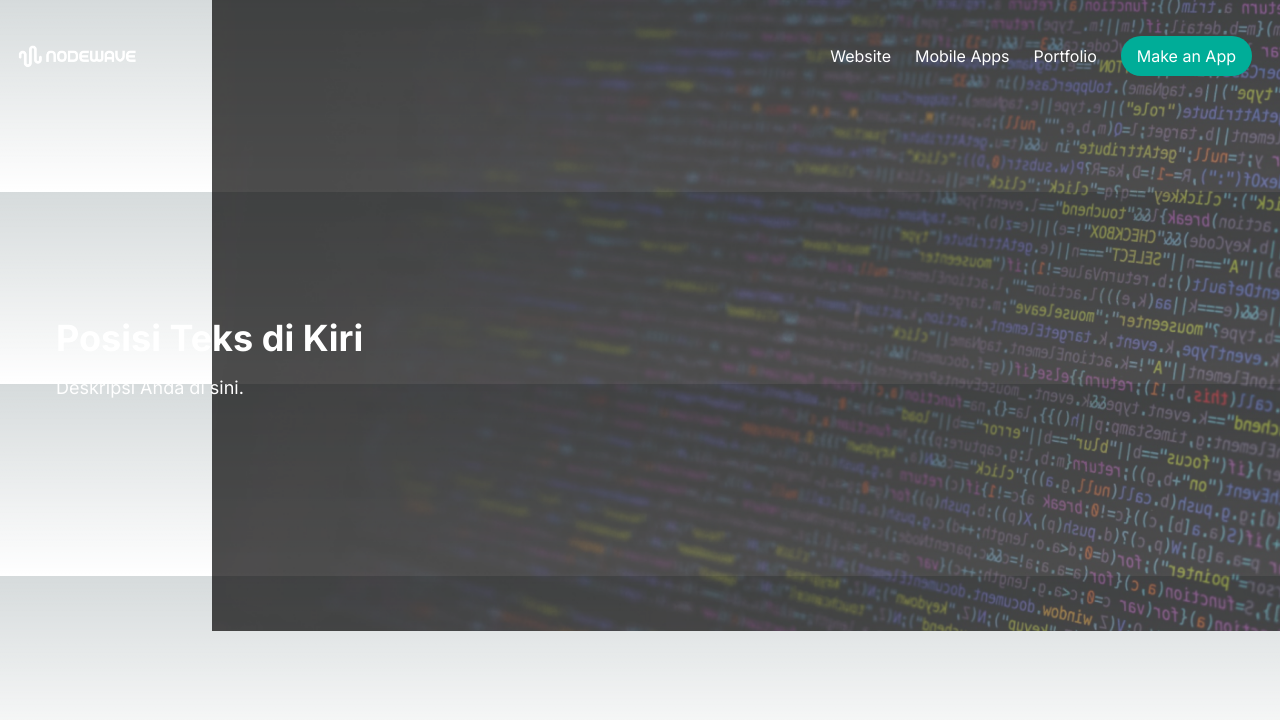
Repository: farrelmuhammad/nodewave
Page: /
These files come from the project's save history. The page is drawn as it stood at one moment and after the next save; the edit follows.
The browser window is 1280 px wide. The pictures show the whole page.
The project was rebuilt for these pictures with package versions that can differ from the ones it lists, and the page was loaded fresh each time. The framework's server and built-in components were replaced by stand-ins that run in the browser. Also part of the build but not shown: next.config.js.

Above is the page before, as saved 2023-09-08 13:35:34.

### src/app/page.js
import Hero from '@/components/Hero'
import Navbar from '@/components/Navbar'

export default function Home() {
  return (
    <>
      <Navbar />
      <Hero />
    </>
  )
}

### src/app/globals.css
@tailwind base;
@tailwind components;
@tailwind utilities;

@import url('https://fonts.googleapis.com/css2?family=Poppins:wght@300;400;500;600;700&display=swap');

:root {
  --foreground-rgb: 0, 0, 0;
  --background-start-rgb: 214, 219, 220;
  --background-end-rgb: 255, 255, 255;
  font-family: 'Poppins', sans-serif;
}

@media (prefers-color-scheme: dark) {
  :root {
    --foreground-rgb: 255, 255, 255;
    --background-start-rgb: 0, 0, 0;
    --background-end-rgb: 0, 0, 0;
  }
}

body {
  color: rgb(var(--foreground-rgb));
  background: linear-gradient(
      to bottom,
      transparent,
      rgb(var(--background-end-rgb))
    )
    rgb(var(--background-start-rgb));
}

@media only screen and (max-width: 768px) {
  .hero .hero-image,
  .hero .hero-caption {
    min-height: 90vh;
  }
  .hero .hero-cta {
    @apply w-12 h-12;
    transform: translateX(-75px) translateY(-50%);
    background-size: 37.5%;
  }
}

### src/components/Hero.jsx
import React from "react";
import Image from "next/image";

const Hero = () => {
  return (
    <main className="flex h-full items-center justify-between p-24">
      <div
        className="absolute inset-0 bg-cover bg-center max-w-screen h-full top-[-89px] left-[212px] bg-opacity-50 bg-black"
        style={{
          backgroundImage: 'url("/assets/background.png")', // Ganti dengan path gambar latar belakang Anda
        }}
      ></div>

      {/* Hero Content */}
      <div className="absolute inset-0 flex items-center justify-start px-14">
        <div className="text-white">
          <h1 className="text-4xl font-bold mb-4">Posisi Teks di Kiri</h1>
          <p className="text-lg">Deskripsi Anda di sini.</p>
        </div>
      </div>
    </main>
  );
};

export default Hero;

### src/components/Navbar.jsx
import React from "react";
import Image from "next/image";

const Navbar = () => {
  return (
    <header class="absolute w-full z-50 px-4">
      <div class="container mx-auto py-5">
        <div class="flex flex-stretch items-center">
          <div class="w-56 items-center flex">
            <Image src="/assets/Logo.png" width={226} height={100} alt="Logo" />
          </div>
          <div class="w-full"></div>
          <div class="w-auto py-4">
            <ul
              class="fixed bg-white inset-0 flex flex-col invisible items-center justify-center opacity-0 md:visible md:flex-row md:bg-transparent md:relative md:opacity-100 md:flex md:items-center"
              id="menu"
            >
              <li class="mx-3 py-6 md:py-0">
                <a href="#" class="text-black md:text-white hover:underline">
                  Website
                </a>
              </li>
              <li class="mx-3 py-6 md:py-0">
                <a
                  href="#"
                  class="text-black md:text-white hover:underline whitespace-nowrap overflow-ellipsis"
                >
                  Mobile Apps
                </a>
              </li>
              <li class="mx-3 py-6 md:py-0">
                <a href="#" class="text-black md:text-white hover:underline">
                  Portfolio
                </a>
              </li>
              <li class="mx-3 py-6 md:py-0">
                <button class="px-4 py-2 bg-[#00AD98] rounded-full">
                  <a
                    href="#"
                    class="text-black md:text-white hover:underline whitespace-nowrap overflow-ellipsis"
                  >
                    Make an App
                  </a>
                </button>
              </li>
            </ul>
          </div>
          <div class="w-auto">
            <ul class="items-center flex">
              <li class="ml-6 block md:hidden">
                <button
                  id="menu-toggler"
                  class="relative flex z-50 items-center justify-center w-8 h-8 text-black md:text-white focus:outline-none"
                >
                  <svg
                    class="fill-current"
                    width="18"
                    height="17"
                    viewBox="0 0 18 17"
                  >
                    <path d="M15.9773 0.461304H1.04219C0.466585 0.461304 0 0.790267 0 1.19609C0 1.60192 0.466668 1.93088 1.04219 1.93088H15.9773C16.5529 1.93088 17.0195 1.60192 17.0195 1.19609C17.0195 0.790208 16.5529 0.461304 15.9773 0.461304Z" />
                    <path d="M15.9773 7.68802H1.04219C0.466585 7.68802 0 8.01698 0 8.42281C0 8.82864 0.466668 9.1576 1.04219 9.1576H15.9773C16.5529 9.1576 17.0195 8.82864 17.0195 8.42281C17.0195 8.01692 16.5529 7.68802 15.9773 7.68802Z" />
                    <path d="M15.9773 14.9147H1.04219C0.466585 14.9147 0 15.2437 0 15.6495C0 16.0553 0.466668 16.3843 1.04219 16.3843H15.9773C16.5529 16.3843 17.0195 16.0553 17.0195 15.6495C17.0195 15.2436 16.5529 14.9147 15.9773 14.9147Z" />
                  </svg>
                </button>
              </li>
            </ul>
          </div>
        </div>
      </div>
    </header>
  );
};

export default Navbar;

Loaded but not shown: src/app/layout.js (common file); tailwind.config.js (common file)

After the next save:
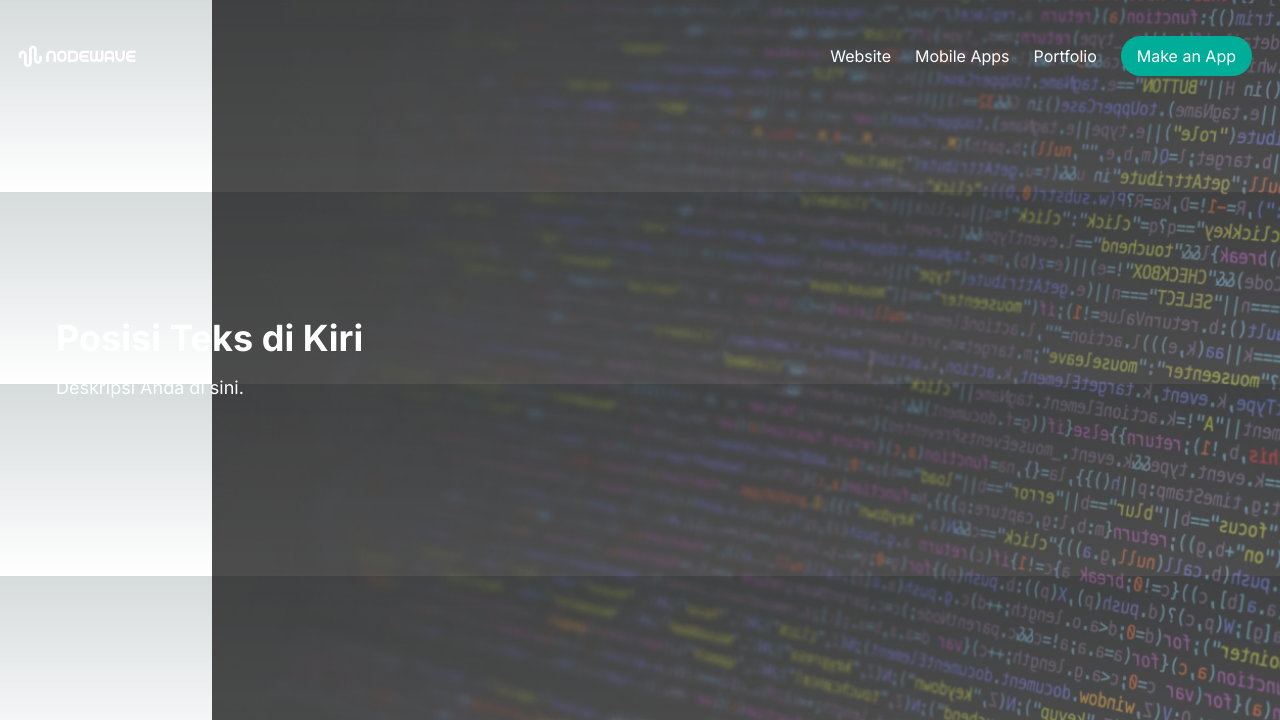
Saved 4 s later.
--- a/src/components/Hero.jsx
+++ b/src/components/Hero.jsx
@@ -5,7 +5,7 @@
   return (
     <main className="flex h-full items-center justify-between p-24">
       <div
-        className="absolute inset-0 bg-cover bg-center max-w-screen h-full top-[-89px] left-[212px] bg-opacity-50 bg-black"
+        className="absolute inset-0 bg-cover bg-center max-w-screen h-auto top-[-89px] left-[212px] bg-opacity-50 bg-black"
         style={{
           backgroundImage: 'url("/assets/background.png")', // Ganti dengan path gambar latar belakang Anda
         }}
